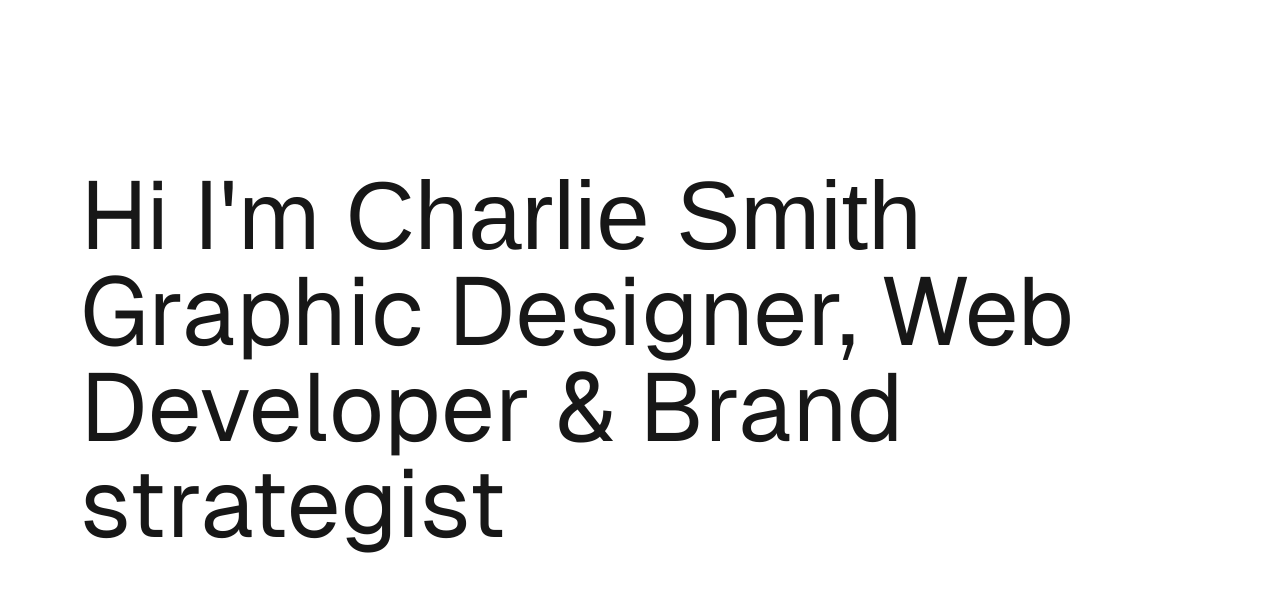
Repository: charlehs/portfolio
Page: /
The author's editor kept a copy of each file at every save. The page is drawn from the files as they stood at one save, then again after the next save.
The browser window is 1280 px wide. The pictures show the whole page.
Some web fonts or font styles are not loaded; a fallback is used. The project was rebuilt for these pictures with package versions that can differ from the ones it lists, and the page was loaded fresh each time. The framework's server and built-in components were replaced by stand-ins that run in the browser. Also part of the build but not shown: next.config.ts.

Above is the page before, as saved 2025-01-02 16:37:03.

### app/layout.tsx
import type { Metadata } from "next";
import localFont from "next/font/local";
import Nav from "./components/Nav";
import "./globals.css";

const geistSans = localFont({
  src: "./fonts/GeistVF.woff",
  variable: "--font-geist-sans",
  weight: "100 900",
});
const geistMono = localFont({
  src: "./fonts/GeistMonoVF.woff",
  variable: "--font-geist-mono",
  weight: "100 900",
});

export const metadata: Metadata = {
  title: "Create Next App",
  description: "Generated by create next app",
};

export default function RootLayout({
  children,
}: Readonly<{
  children: React.ReactNode;
}>) {
  return (
    <html lang="en">
      <body
        className={`${geistSans.variable} ${geistMono.variable} antialiased`}
      >
        {/* <Nav /> */}
        {children}
      </body>
    </html>
  );
}

### app/page.tsx
import Image from "next/image";

export default function Home() {
  return (
    <div className="grid grid-rows-[20px_1fr_20px] items-center justify-items-center min-h-screen p-8 pb-20 gap-16 sm:p-20 font-[family-name:var(--font-geist-sans)]">
      <main className="flex flex-col gap-8 row-start-2 items-center sm:items-start">
        <p className=" text-8xl">
          Hi I'm <span className="harmond-text">Charlie Smith</span>
          <br /> Graphic Designer, Web Developer & Brand strategist
        </p>
      </main>
      {/* <footer className="row-start-3 flex gap-6 flex-wrap items-center justify-center"></footer> */}
    </div>
  );
}

### app/globals.css
@tailwind base;
@tailwind components;
@tailwind utilities;

:root {
  --background: #ffffff;
  --foreground: #171717;
}

@media (prefers-color-scheme: dark) {
  :root {
    --background: #0a0a0a;
    --foreground: #ededed;
  }
}

body {
  color: var(--foreground);
  background: var(--background);
  font-family: Arial, Helvetica, sans-serif;
}

@font-face {
  font-family: "Harmond";
  src: url("/fonts/Harmond-SemiBoldCondensed.otf") format("opentype");
  font-weight: 600; /* Regular */
  font-style: normal;
}

@font-face {
  font-family: "Harmond";
  src: url("/fonts/Harmond-SemBdItaCond.otf") format("opentype");
  font-weight: 600; /* Bold */
  font-style: italic;
}

.harmond-text {
  font-family: "Harmond", sans-serif;
}

Loaded but not shown: tailwind.config.ts (common file)

After the next save:
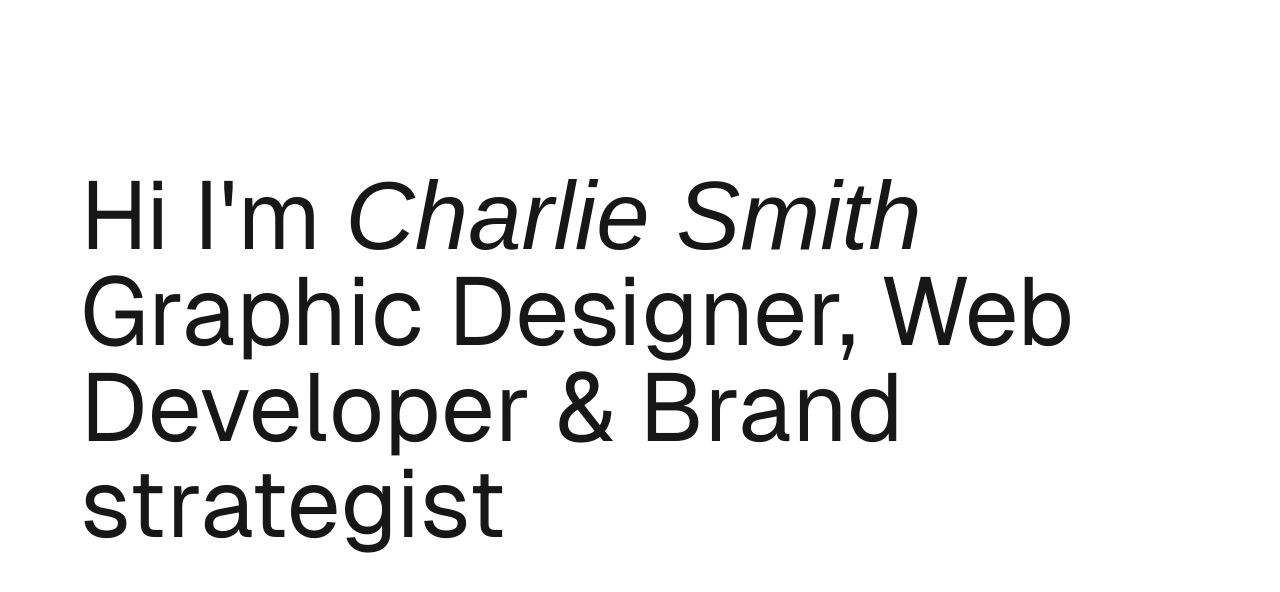
Saved 18 s later.
--- a/app/page.tsx
+++ b/app/page.tsx
@@ -5,7 +5,7 @@ export default function Home() {
     <div className="grid grid-rows-[20px_1fr_20px] items-center justify-items-center min-h-screen p-8 pb-20 gap-16 sm:p-20 font-[family-name:var(--font-geist-sans)]">
       <main className="flex flex-col gap-8 row-start-2 items-center sm:items-start">
         <p className=" text-8xl">
-          Hi I'm <span className="harmond-text">Charlie Smith</span>
+          Hi I'm <span className="harmond-text italic">Charlie Smith</span>
           <br /> Graphic Designer, Web Developer & Brand strategist
         </p>
       </main>
